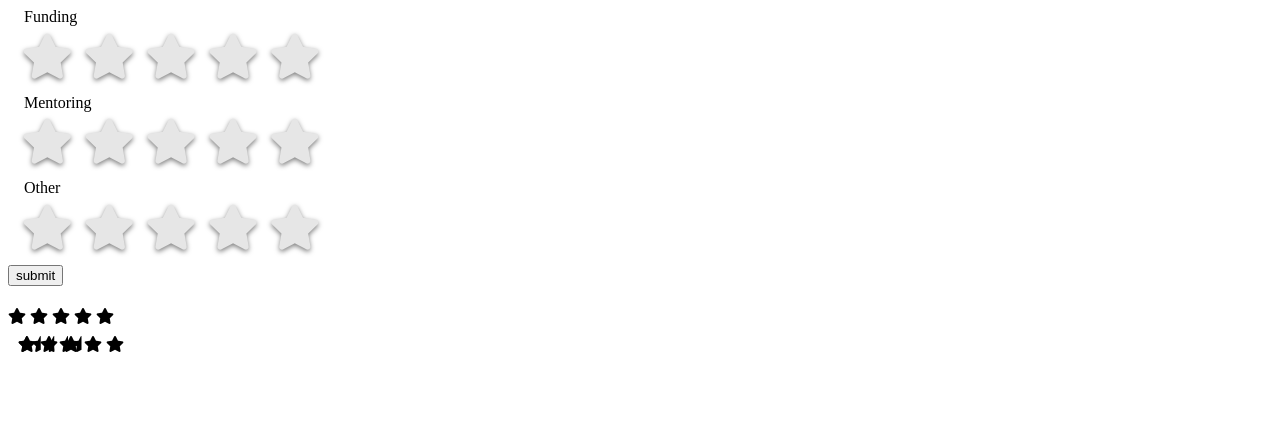
Repository: samalty/star-rating-system-js-test
Page: star3.html
The author's editor kept a record of every edit. The page is drawn from the files as they stood at one moment, then again after the next edit.
The browser window is 1280 px wide. The pictures show the whole page.
Some web libraries are served in a nearby version.

Above is the page before.

After the next edit:
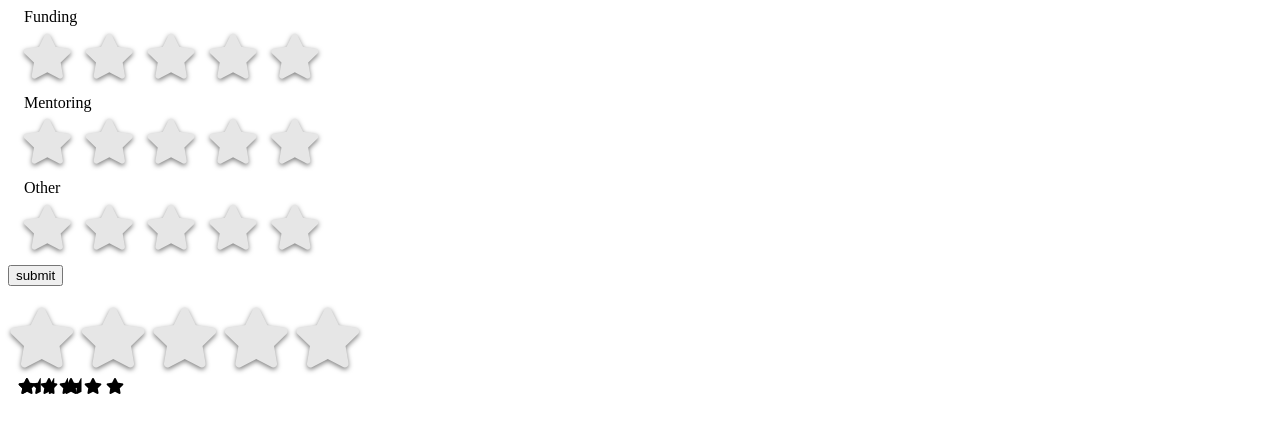
The edit:
--- a/styles2.css
+++ b/styles2.css
@@ -38,11 +38,11 @@
     height: 100px;
 }
 
-#overallStar1,
-#overallStar2,
-#overallStar3,
-#overallStar4,
-#overallStar5{
+#emptyStar1,
+#emptyStar2,
+#emptyStar3,
+#emptyStar4,
+#emptyStar5{
     color: #e6e6e6;
     font-size: 60px;
     text-shadow: 0 2px 5px rgba(0,0,0,.5);
